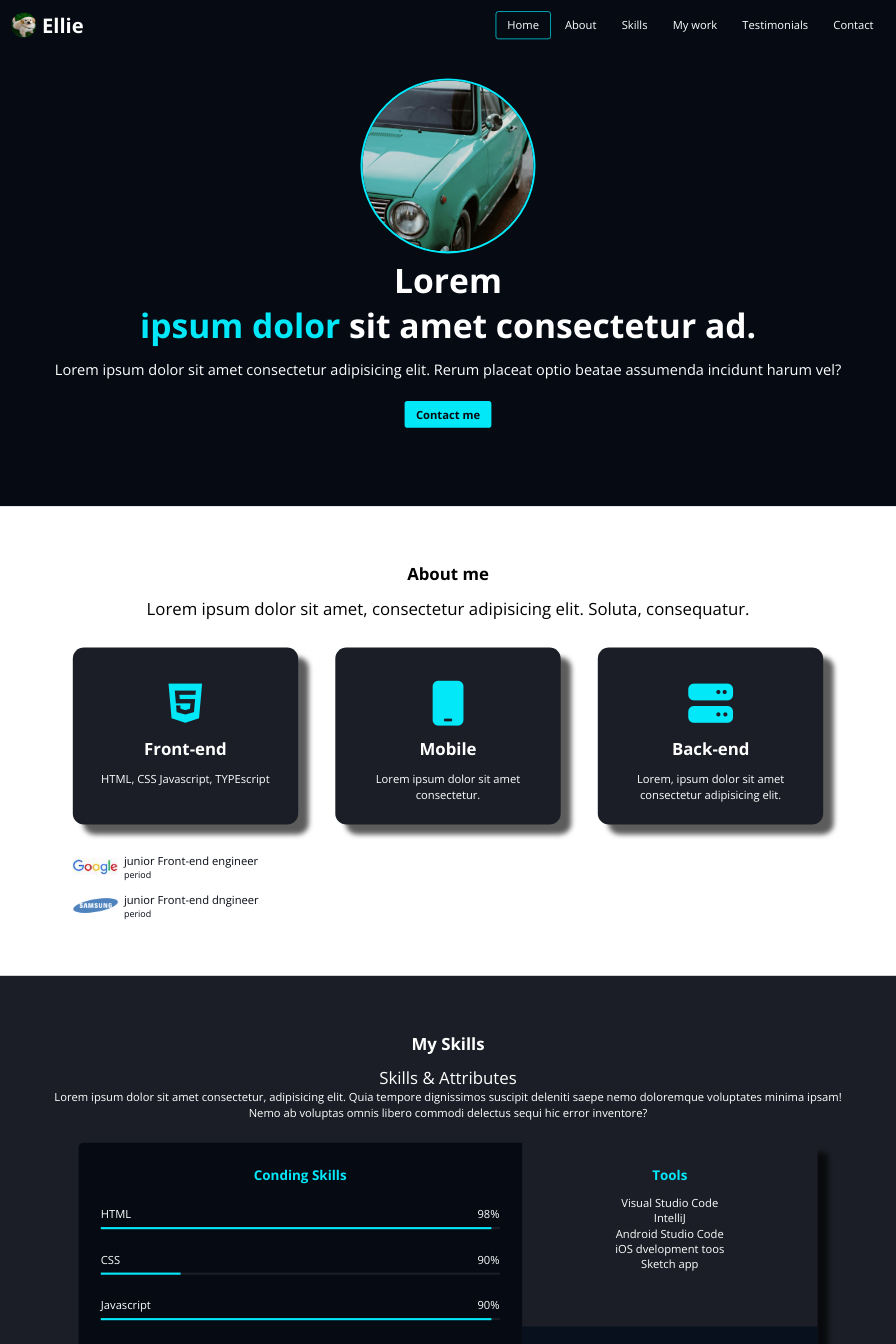
Repository: Arden-Sol/portfolio-website-clone-coding
Page: index.html
The author's editor kept a copy of each file at every save. The page is drawn from the files as they stood at one save, then again after the next save.
The browser window is 1280 px wide. The pictures show the part of the page from y = 0 to 1920 px (the page is 4153 px tall), at 70% of full size.
Some web libraries are served in a nearby version.

Above is the page before, as saved 2024-04-04 23:24:44.

After the next save:
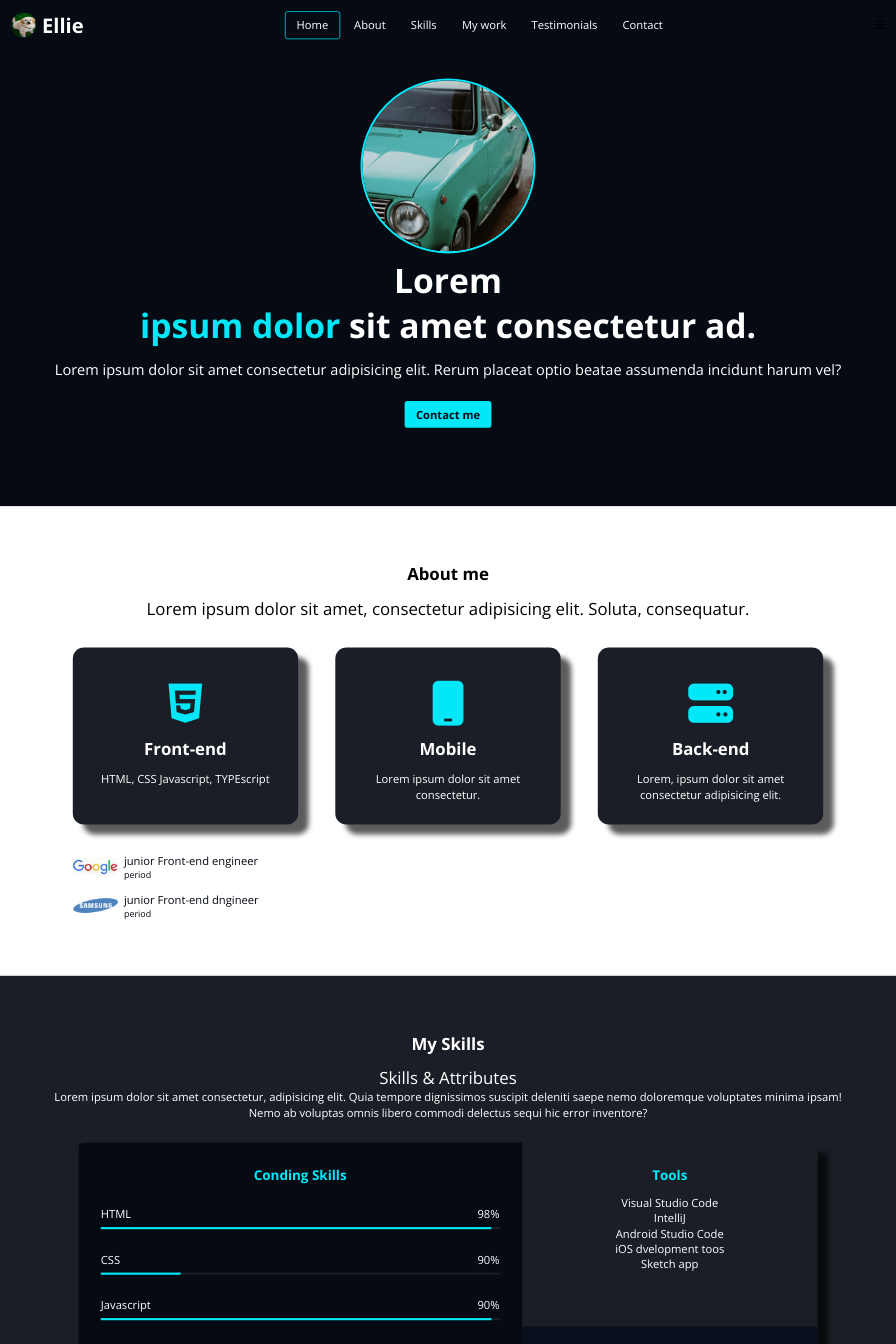
Saved 7 min 14 s later.
--- a/index.html
+++ b/index.html
@@ -44,6 +44,7 @@
         <li><a class="header__menu__item" href="#contact">Contact</a></li>
       </ul>
     </nav>
+    <i class="fa-solid fa-bars"></i>
   </header>
   <!-- Main -->
   <main>
